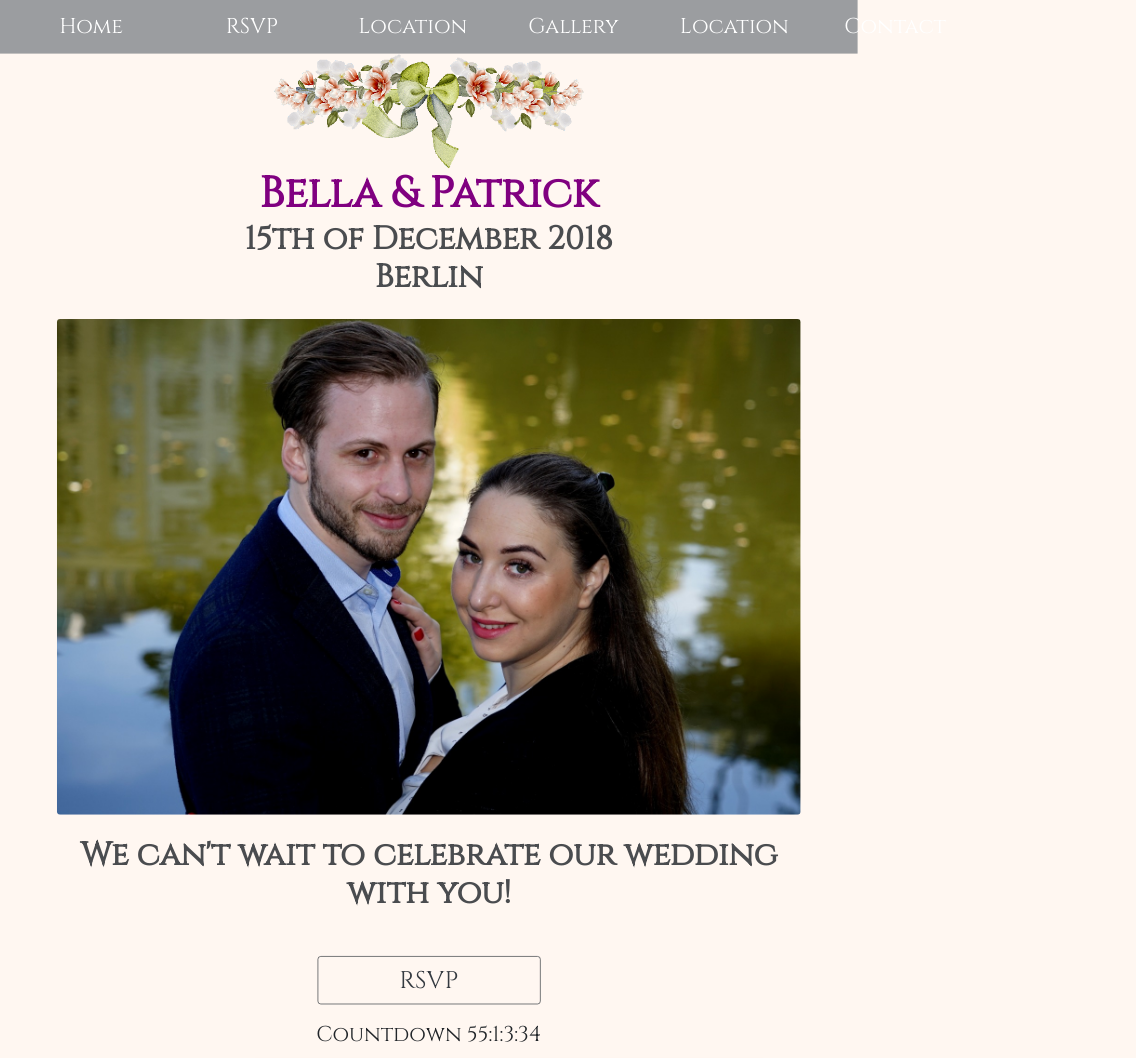
Repository: PMeiler/weddingApp
Page: http://localhost/
The author's editor kept a record of every edit. The page is drawn from the files as they stood at one moment, then again after the next edit.
The browser window is 1280 px wide. The page is 1456 px wide, then 1696 px, so the pictures cover 1696 px, including what lies to the right of the window. The pictures show the whole page, at 67% of full size.
Some web fonts or font styles are not loaded; a fallback is used. The page is served by the project's Node server (index.js). Other server files are loaded and not shown.

Above is the page before.

### views/public/index.ejs
<% include partials/header %>


	<div class="container" style="margin:2rem auto;">
		<img style="border-radius: 5px;"src="pic4.jpeg" class="img-fluid" alt="Responsive image">
	</div>

	<div class="container">
		<h1 class="display-4" id="titleLine" style="font-size:3rem">We can't wait to celebrate our wedding with you!</h1>
	</div>

	<div class="jumbotron jumbotron-fluid">
		<div class="container">
			<form action="./form" method="GET" id="RSVPFRM" style="width:30%; margin:0 auto;">
				<div class="form-group">
					<button style="width:100%;margin:0 auto;" class="btn btn-outline-dark btn-lg" type="submit" id="RSVP">RSVP</button>
				</div>
			</form>
		</div>
	</div>

<% include partials/footer %>

### views/public/partials/header.ejs
<!DOCTYPE html>
<html>
<head>
	<title>From Grinberg to Meiler</title>
	<link rel="stylesheet" href="https://stackpath.bootstrapcdn.com/bootstrap/4.1.3/css/bootstrap.min.css" integrity="sha384-MCw98/SFnGE8fJT3GXwEOngsV7Zt27NXFoaoApmYm81iuXoPkFOJwJ8ERdknLPMO" crossorigin="anonymous">

	<!-- <link href="https://fonts.googleapis.com/css?family=Great+Vibes&amp;subset=latin-ext" rel="stylesheet">  -->
  	<link rel="stylesheet" href="CSS/style.css">
<link href="https://fonts.googleapis.com/css?family=Charmonman|Cinzel|Comfortaa|Dancing+Script|KoHo" rel="stylesheet">

</head>
<body>
<script src="Javascript/script.js"></script>



<nav class="navbar navbar-expand-lg navbar-dark bg-dark" id="navcolor">

  <button style="border-color:white;border-width:2px;height:4rem;font-size:2rem;" class="navbar-toggler" type="button" data-toggle="collapse" data-target="#navbarSupportedContent" aria-controls="navbarSupportedContent" aria-expanded="false" aria-label="Toggle navigation">
    <span style="color:white;" class="navbar-toggler-icon"></span>
  </button>
  	  <div class="collapse navbar-collapse" id="navbarSupportedContent">
	    <ul class="navbar-nav" style="margin:0 auto">
	      <li class="nav-item active">
	        <a class="nav-link" href="/">Home</a>
	      </li>
	      <li class="nav-item">
	        <a class="nav-link" href="./form">RSVP</a>
	      </li>
	       <li class="nav-item">
	        <a class="nav-link" href="./location">Location</a>
	      </li>
	      <li class="nav-item">
	        <a class="nav-link" href="./galery">Gallery</a>
	      </li>
	      <li class="nav-item">
	        <a class="nav-link" href="./location">Location</a>
	      </li>
	      <li class="nav-item">
	        <a class="nav-link" href="./hotelinfo">Contact</a>
	      </li>
	    </ul>
  </div>



</nav>

  	<div class="container">
			<img id="headofsite" src="blumen.png">
			<h1 class="display-4" id="titleLine" style="font-size:4rem;color:purple">Bella & Patrick</h1>
			<h1 class="display-4" id="titleLine" style="font-size:3rem;">15th of December 2018 </h1>
			<h1 class="display-4" id="titleLine" style="font-size:3rem;">Berlin</h1>
	</div>

### views/public/partials/footer.ejs
	<div class="cntdwn">
		<span class="countdown"></span>
	</div>
</div>


<script src="https://code.jquery.com/jquery-3.3.1.slim.min.js" integrity="sha384-q8i/X+965DzO0rT7abK41JStQIAqVgRVzpbzo5smXKp4YfRvH+8abtTE1Pi6jizo" crossorigin="anonymous"></script>
<script src="https://cdnjs.cloudflare.com/ajax/libs/popper.js/1.14.3/umd/popper.min.js" integrity="sha384-ZMP7rVo3mIykV+2+9J3UJ46jBk0WLaUAdn689aCwoqbBJiSnjAK/l8WvCWPIPm49" crossorigin="anonymous"></script>
<script src="https://stackpath.bootstrapcdn.com/bootstrap/4.1.3/js/bootstrap.min.js" integrity="sha384-ChfqqxuZUCnJSK3+MXmPNIyE6ZbWh2IMqE241rYiqJxyMiZ6OW/JmZQ5stwEULTy" crossorigin="anonymous"></script>
<script src="Javascript/scriptform.js"></script>
</body>
</html>

### index.js
var express = require("express");
var mongoose = require("mongoose");
var bodyParser = require("body-parser");
var Guest = require("./models/Guest.js")
var app = express();
var PORT = process.env.PORT || 3000;

const CONN_STRING3 = "mongodb://pmeiler:Axion912@ds237373.mlab.com:37373/weddingapp"
const CONN_STRING2 = "mongodb+srv://daedalus87:3LGrFX2olvYwoDLz!A1A2A3@cluster0-ms8bj.mongodb.net/test?retryWrites=true"
const CONN_STRING = "mongodb://daedalus87:3LGrFX2olvYwoDLz!A1A2A3@cluster0-shard-00-00-ms8bj.mongodb.net:27017,cluster0-shard-00-01-ms8bj.mongodb.net:27017,cluster0-shard-00-02-ms8bj.mongodb.net:27017/test?ssl=true&replicaSet=Cluster0-shard-0&authSource=admin&retryWrites=true"
app.set("view engine","ejs");
mongoose.connect(CONN_STRING3);
app.use(express.static(__dirname+"/public"));
app.use(bodyParser.urlencoded({extended: false}));

//GET-INDEX
app.get("/",function(req,res){
	res.render("./public/index")
});

//GET-ROUTE to find Form
app.get("/form",function(req,res){
	res.render("./public/form");
});

//POST-ROUTE for saving the rsvp Data
app.post("/form",function(req,res){

	var name = req.body.name;
	var numb = req.body.numb;
	var email = req.body.email;
	var tel = req.body.tel;
	var coming = req.body.coming;
	var guests = "";
	for(var i=0;i<=numb-2;i++){
		guests = guests + req.body["gname" + i] + "  // ";
	}
	Guest.create({
				name:name,
			    number: numb,
			    email: email,
			    tel:tel,
			    coming:coming,
			    guests:guests
				},function(err,guest){
					if(err){
						console.log(err);
						res.render("/form",{message:"Fehler"})
					}else{
						console.log(guest);
						res.redirect("/thanks");
					}
				});
	console.log(req.body);
	console.log(name+ " " + numb + " " + email +" " + tel + " " + coming);

});

//Contact
app.get("/hotelinfo",function(req,res){
	res.render("./public/contact");
});

//admin
app.get("/pasjimasjiadmin",function(req,res){
	Guest.find({coming:"coming"}, function(err,guest){
		if(err){
			res.status(404).send(err);
		}else{
			res.render("./public/admin",{guest:guest});
		}
	});

});

//galery
app.get("/galery",function(req,res){
	res.render("./public/galery");
});

//galery
app.get("/thanks",function(req,res){
	res.render("./public/thanks");
});


//invitation
app.get("/invitation",function(req,res){
	res.render("./public/invitation");
});


//location
app.get("/location",function(req,res){
	res.render("./public/location");
});

//

app.listen(PORT, function(){
	console.log("Server is listening on " + PORT);
	console.log(__dirname);
});

### public/CSS/style.css
body{
	background:rgba(255,245,238,0.8);
    font-size: 12px;
   	font-family: 'Cinzel', serif;

}

#navcolor{
	background-color:rgba(155, 157, 160,1) !important;
}

#titleLine{
	text-align: center;
	color:rgba(74, 76, 79,1);
	font-size: 6rem;
	margin-top: 0rem;
	margin-bottom: 0rem;
}

#header{
	color:rgba(74, 76, 79,1);
	text-align: center;
	font-size: 3rem;
	font-weight: bold;
	margin-top: 0.01em;
}

.row.display-flex {
  display: flex;
  flex-wrap: wrap;
}
.thumbnail {
  height: 100%;
}

#RSVPFRM{
	justify-content:center;
	margin:0 auto;
}

#navcenter{
	margin-left: 37%;
	margin-top: 0.4%;
}


#RSVP{
	justify-content: center;
	margin: auto;
	/*height: auto;
	width: 200px;*/
	font-size: 300%;
}

.testy{
	height:50px;
	width:50px;
}

#navbarID{
	background: rgba(50,50,50,0.8) !important;
}

.navmenu {
	 margin: 0 auto;
}
#slight{
	margin-top: 4rem;
}
.nav-link{
	color: rgba(255, 255, 255,1) !important;
	font-size: 2rem;
	display: flex;
	justify-content: center;
}

.img-thumbnail{
	padding: 0rem;
	margin-top: 1rem;
	border: 0px solid #dee2e6;
	border-radius: 0rem;
	max-width: 100%;
	height: auto;
	margin: 0 auto;
	object-fit: cover;
}

.col-sm{
	padding-left: 0px;
	padding-right: 0px;
}

.jumbotron.jumbotron-fluid{
	background: transparent;
	color: black;
	/*margin:0 auto;*/
	margin-bottom: -5rem;

}

.display-4{
	color:purple;
}



.cntdwn{
	margin-top: 1.75%;
	margin-bottom: auto;
	align-items: center;
	display: flex;
	justify-content: center;
	font-size: 2rem;
	text-align: center;
}

#textali{
	text-align: center;
	font-size: 2rem;
	margin-top: 1em;
	font-family: 'KoHo', sans-serif;
}


.nav-link:hover{
	color: black !important;
}

#headofsite{
	margin-left: auto;
	margin-right: auto;
	display: block;
}
.former{
	margin-top: 200px;
}
.form-control{
	font-size:1.5rem;
}
#cont{
	position: center;
	margin-top: 3%;
	height: 37em;
	color: white;
	border: 0.1px solid grey;
	border-radius: 5rem;
}

#radiobtn{
	font-size: 1.5rem;
}

#cont2{
	position: center;
	margin-top: 3%;
	height: 38rem;
	color: white;
	border: 0.1px solid grey;
	border-radius: 5rem;
}

.jumbotron{
	background-color: rgba(0,0,0,0.4);
}

.display-4{
	color:white;
	font-weight: bold;
	text-align: center;
}

.lead{
	font-size: 150%;
	text-align: center;
}

.nav.nav-center {
    margin:0;
    float:none;
}

.navbar-inner{
    text-align:center;
}


.nav.navbar-nav {
	display: flex;
	justify-content: center;
	flex-wrap: wrap;

}
@media (min-width: 768px) {
	.navbar-nav {
		float: none;
	}
}
li{
	margin: 0 auto;
	width:20em;
}

### public/Javascript/script.js
//alert("test")
//var endDat = new Date("December 15,2018,18:00:00");

window.setInterval(function(){
 var timeObj = getTimes(new Date("December 15,2018,18:00:00"),new Date());
 $(".countdown").text("Countdown " + timeObj.days + ":" + timeObj.hours + ":" + timeObj.minutes + ":" + timeObj.seconds);
 //console.log(timeObj.hours + ":" + timeObj.minutes + ":" + timeObj.seconds );
}, 1000);



function getTimes(endDate, startDate){
	var delta = Math.abs(endDate - startDate) / 1000;
	// calculate (and subtract) whole days
	var days = Math.floor(delta / 86400);
	delta -= days * 86400;
	// calculate (and subtract) whole hours
	var hours = Math.floor(delta / 3600) % 24;
	delta -= hours * 3600;
	// calculate (and subtract) whole minutes
	var minutes = Math.floor(delta / 60) % 60;
	delta -= minutes * 60;
	// what's left is seconds
	var seconds = Math.floor(delta % 60);  // in theory the modulus is not required

	var timeObj = {
					days:
						days,
					hours:
						hours,
					minutes:
					   	minutes,
					seconds:
					   	seconds
				   	};
	return timeObj;
}

### public/Javascript/scriptform.js
//alert("test")
//var endDat = new Date("December 15,2018,18:00:00");


$("#numb").change(function(){
	$(".addedItem").remove();
	var numbVal = $("#numb").val();
	if(numbVal>1){
		numbVal-=1;
		var content = "";
		console.log("Loop begins:")
		for(var i=0;i<=numbVal-1;i++){
			content = "<div class='form-group'> ";
			content = content + "<input class='form-control addedItem' type='text' name='gname" + i + "' placeholder='First Name and Last Name' required>";
			content=content + " </div>";
			$("#numbGroup").before(content);
		}
	}

});

After the next edit:
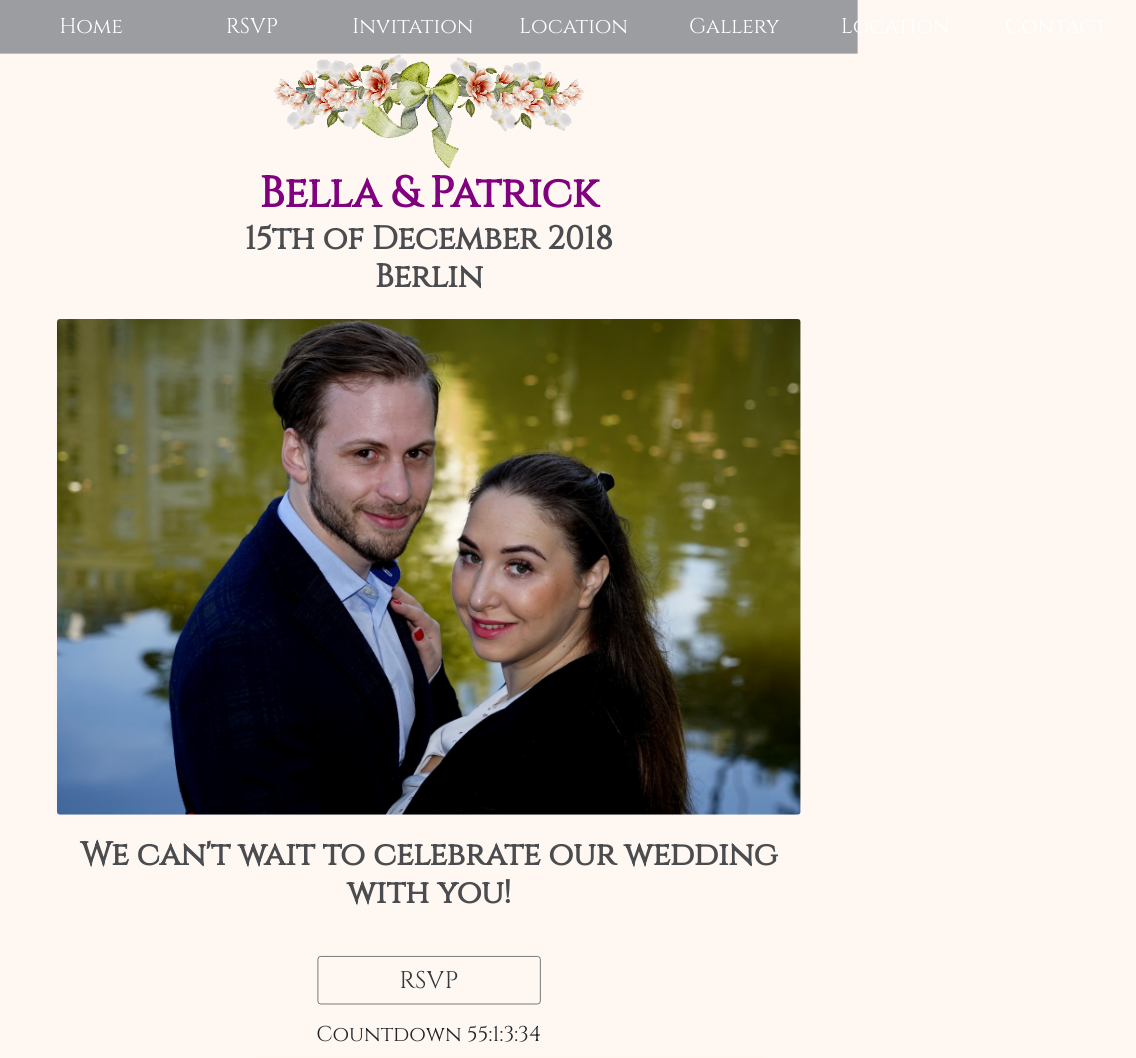
The edit:
--- a/views/public/partials/header.ejs
+++ b/views/public/partials/header.ejs
@@ -27,6 +27,9 @@
 	      <li class="nav-item">
 	        <a class="nav-link" href="./form">RSVP</a>
 	      </li>
+	      <li class="nav-item">
+	        <a class="nav-link" href="./invitation">Invitation</a>
+	      </li>
 	       <li class="nav-item">
 	        <a class="nav-link" href="./location">Location</a>
 	      </li>
